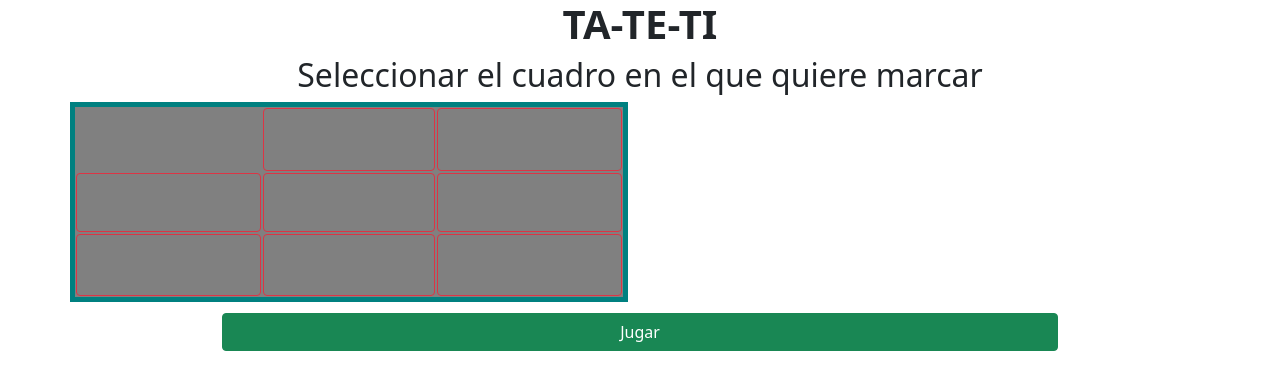
Repository: Lean97-start/TATETI
Page: Tateti.html
An editor plug-in stored every save of this project. The page is shown before and after the next save, followed by the edit.
The browser window is 1280 px wide. The pictures show the whole page.

Above is the page before, as saved 2021-07-11 22:30:58.
Console error: SyntaxError: Unexpected token ')'

After the next save:
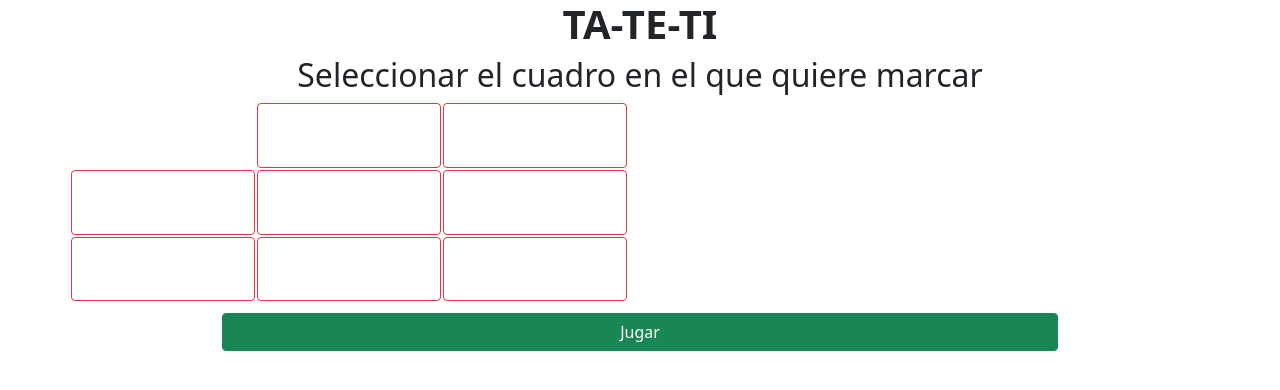
Saved 13 s later.
--- a/Tateti.css
+++ b/Tateti.css
@@ -7,8 +7,8 @@ h2{
     text-align: center;
 }
 .cuadro{
-    border: 5px teal solid;
-    background: grey;
+    /* border: 5px teal solid;
+    background: grey; */
     position: relative;
     height: 200px;
     width: 20px;
